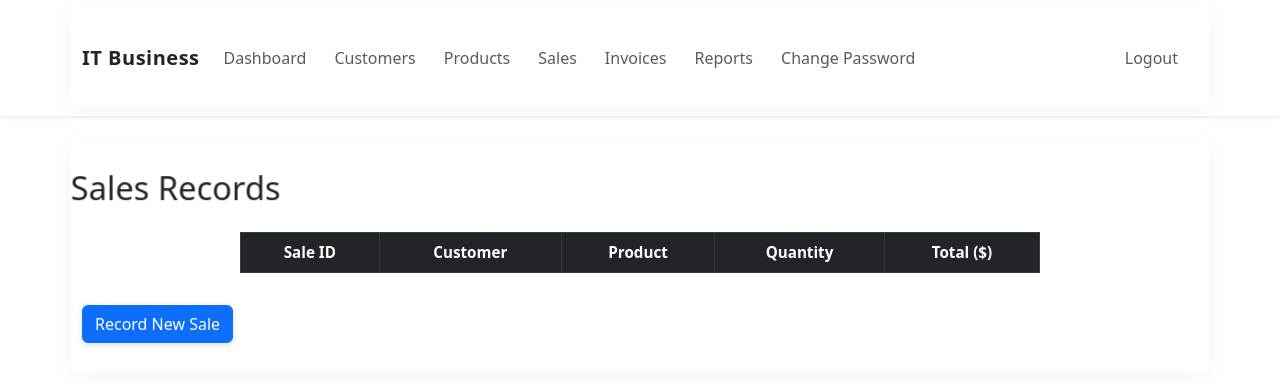
Repository: asmsaifulislam/it_business
Page: http://localhost/sales
These files come from the project's save history. The page is drawn as it stood at one moment and after the next save; the edit follows.
The browser window is 1280 px wide. The pictures show the whole page.
The page is served by the project's application, run on Flask 3 (app.py). The session is filled in as if someone had signed in: {"user_id": 1}. Queries for data that is not in the repository find no rows.

Above is the page before, as saved 2025-09-05 11:54:10.

After the next save:
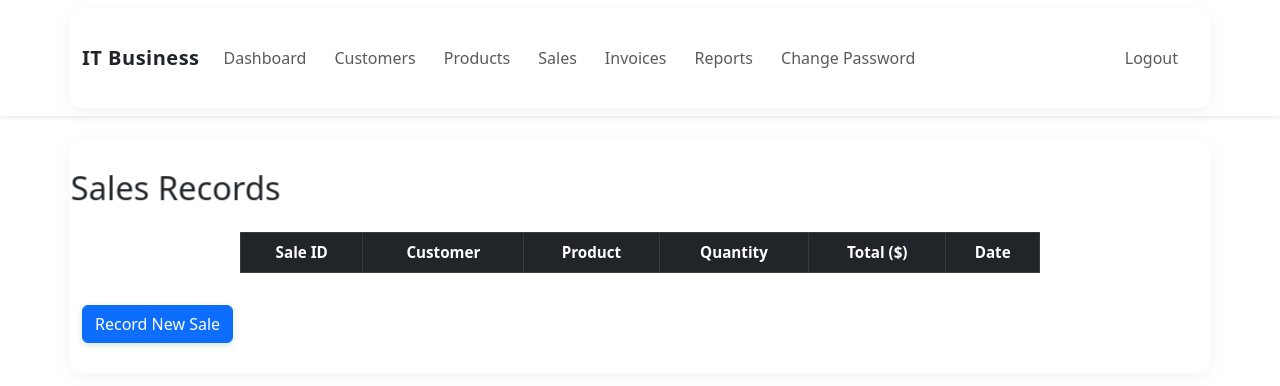
Saved 115 s later.
--- a/templates/sales.html
+++ b/templates/sales.html
@@ -11,6 +11,7 @@
             <th>Product</th>
             <th>Quantity</th>
             <th>Total ($)</th>
+            <th>Date</th> <!-- ✅ New Column -->
         </tr>
     </thead>
     <tbody>
@@ -21,11 +22,11 @@
             <td>{{ sale.product.name }}</td>
             <td>{{ sale.quantity }}</td>
             <td>${{ "%.2f"|format(sale.total) }}</td>
+            <td>{{ sale.updated_at.strftime('%Y-%m-%d %H:%M') }}</td> <!-- ✅ New Data Cell -->
         </tr>
         {% endfor %}
     </tbody>
 </table>
 
 <a href="{{ url_for('record_sale') }}" class="btn btn-primary mt-3">Record New Sale</a>
-
 {% endblock %}
